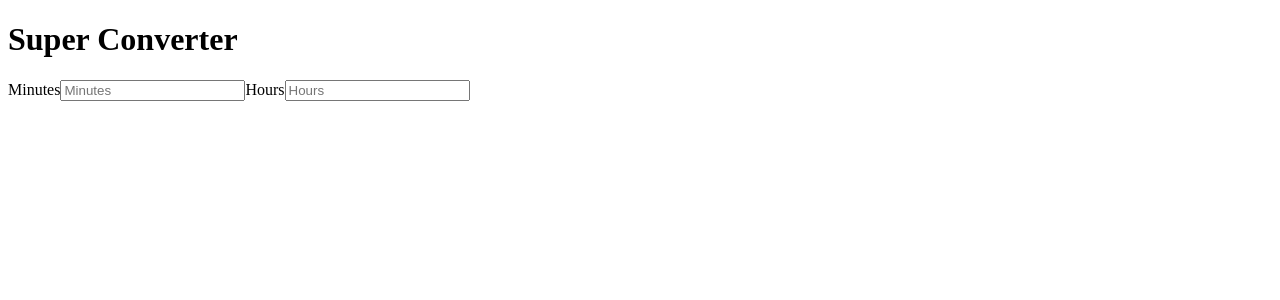
Repository: Leeminsu67/react-principle-study
Page: converter.html
The author's editor kept a copy of each file at every save. The page is drawn from the files as they stood at one save, then again after the next save.
The browser window is 1280 px wide. The pictures show the whole page.

Above is the page before, as saved 2024-07-31 23:26:24.

After the next save:
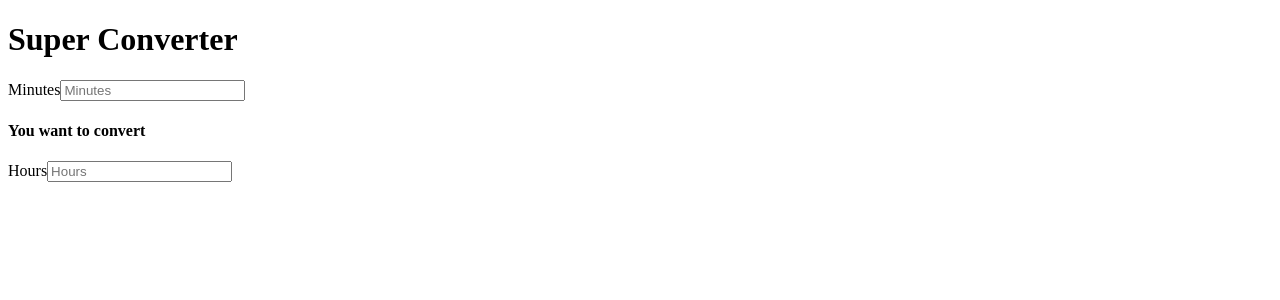
Saved 20 s later.
--- a/converter.html
+++ b/converter.html
@@ -24,6 +24,7 @@
             placeholder="Minutes"
             onChange={onChange}
           />
+          <h4>You want to convert {}</h4>
           <label htmlFor="hours">Hours</label>
           <input id="hours" type="number" placeholder="Hours" />
         </div>

After the 3 saves that followed:
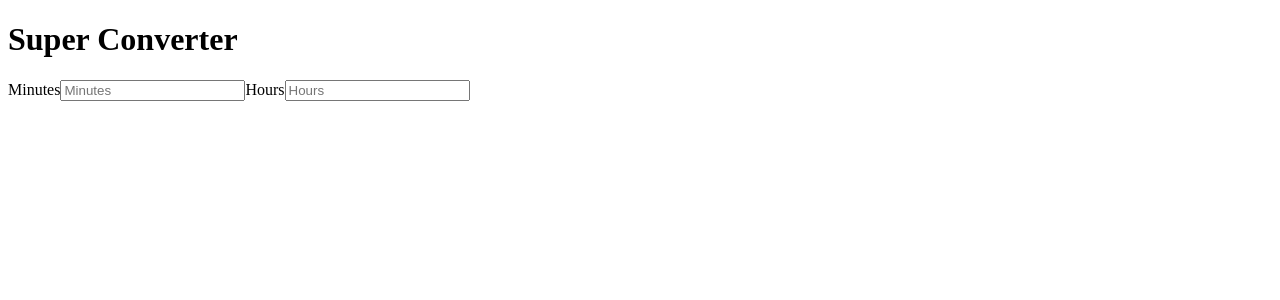
The 3 saves are shown as one change because 2 left the picture as it was.
The last was saved 3 min 20 s later.
--- a/converter.html
+++ b/converter.html
@@ -8,14 +8,14 @@
   <script src="https://unpkg.com/@babel/standalone/babel.min.js"></script>
   <script type="text/babel">
     const App = () => {
-      const [minutes, setMinutes] = React.useState();
+      const [minutes, setMinutes] = React.useState(0);
       const onChange = (event) => {
         // console.log(event.target.value);
         setMinutes(event.target.value);
       };
       return (
         <div>
-          <h1 className="hi">Super Converter</h1>
+          <h1>Super Converter</h1>
           <label htmlFor="minutes">Minutes</label>
           <input
             values={minutes}
@@ -24,7 +24,6 @@
             placeholder="Minutes"
             onChange={onChange}
           />
-          <h4>You want to convert {}</h4>
           <label htmlFor="hours">Hours</label>
           <input id="hours" type="number" placeholder="Hours" />
         </div>
